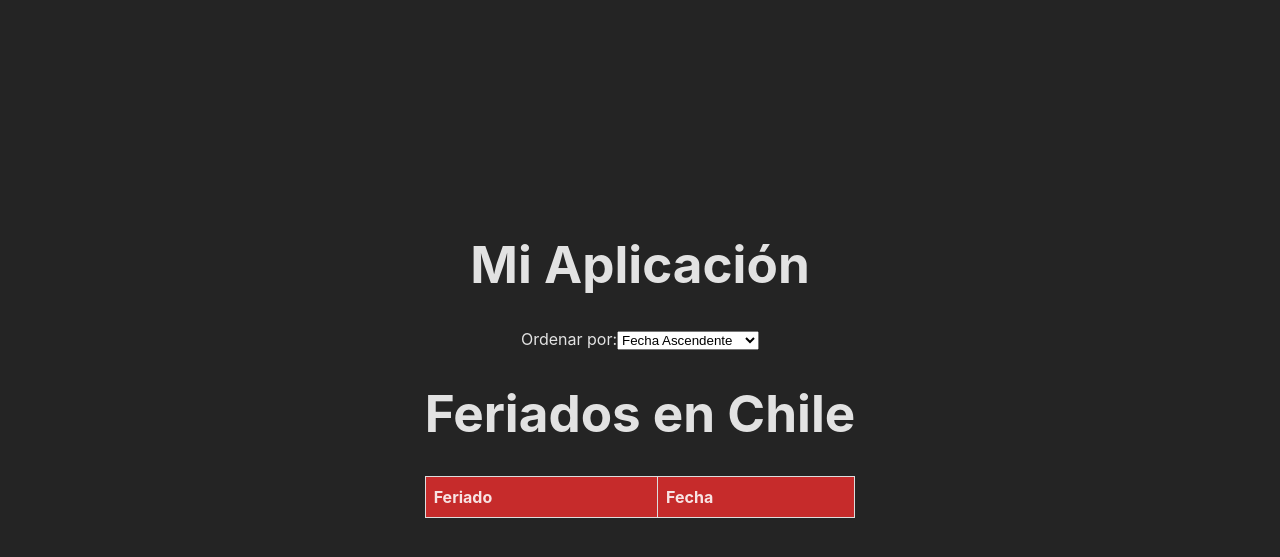
Repository: cvalenciapatagonia/Desafio-4-React-I
Page: /
These files come from the project's save history. The page is drawn as it stood at one moment and after the next save; the edit follows.
The browser window is 1280 px wide. The pictures show the whole page.
The page's requests for data from a server got no answer. The project was rebuilt for these pictures with package versions that can differ from the ones it lists, and the page was loaded fresh each time. No one was signed in, and anything a server would have sent is missing. Also part of the build but not shown: vite.config.js.

Above is the page before, as saved 2023-09-07 13:40:04.

After the next save:
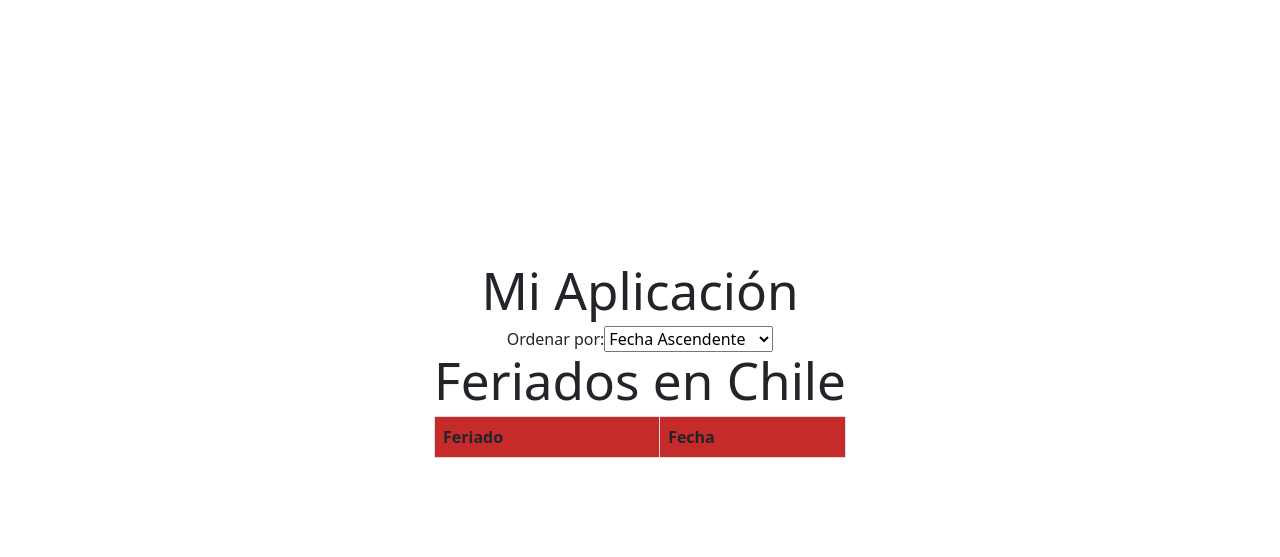
Saved 13 s later.
--- a/src/App.jsx
+++ b/src/App.jsx
@@ -1,5 +1,7 @@
 import React, { useState } from 'react';
 import './App.css';
+import 'bootstrap/dist/css/bootstrap.min.css';
+
 import MiApi from './components/MiApi';
 import Buscador from './components/Buscador';
 

After the save that followed:
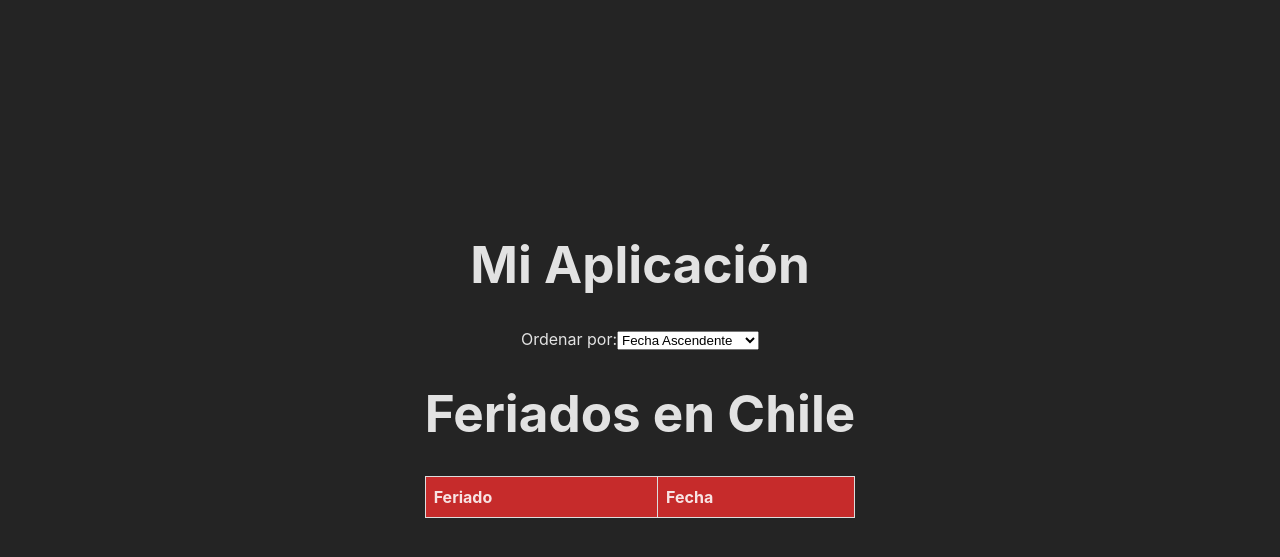
Saved 10 s later.
--- a/src/App.jsx
+++ b/src/App.jsx
@@ -1,6 +1,5 @@
 import React, { useState } from 'react';
 import './App.css';
-import 'bootstrap/dist/css/bootstrap.min.css';
 
 import MiApi from './components/MiApi';
 import Buscador from './components/Buscador';
